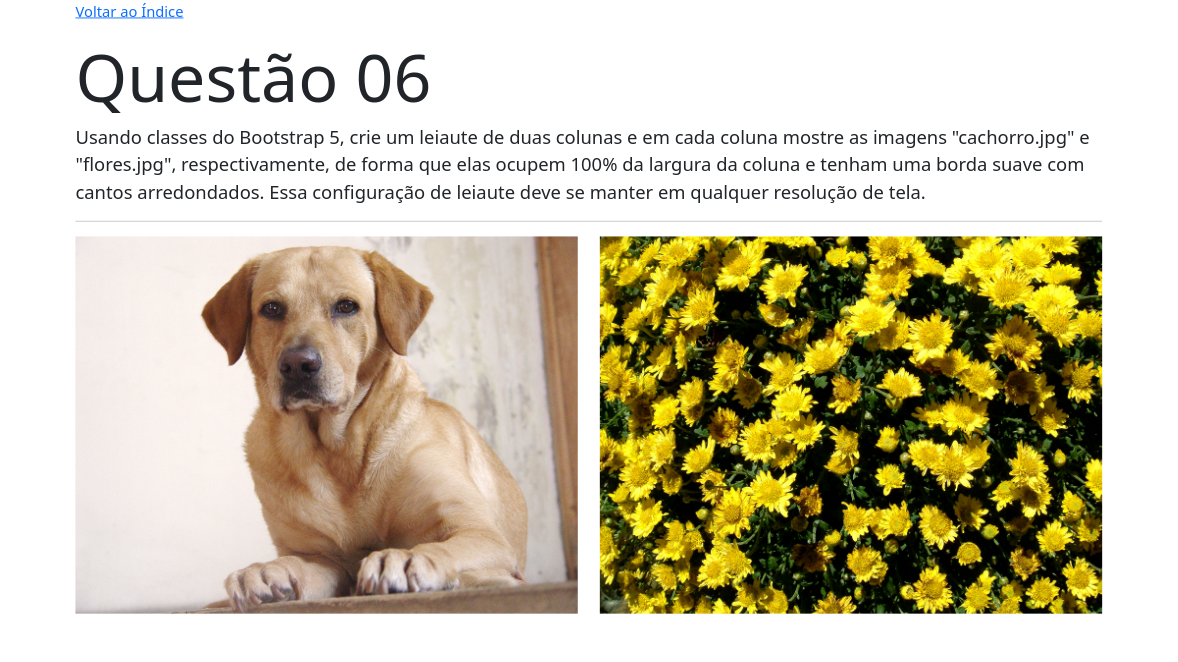
Repository: In-Game-full/Reprograme-se
Page: S-6-InicioBootstrap5/Atividade-pratica-da-semana-1-de-Bootstrap-5-In-Game-full/questao06.html
An editor plug-in stored every save of this project. The page is shown before and after the next save, followed by the edit.
The browser window is 1280 px wide. The pictures show the whole page, at 92% of full size.

Above is the page before, as saved 2023-08-28 21:42:38.

### S-6-InicioBootstrap5/Atividade-pratica-da-semana-1-de-Bootstrap-5-In-Game-full/questao06.html
<!DOCTYPE html>
<html lang="pt-br">

<head>
    <meta charset="UTF-8">
    <meta http-equiv="X-UA-Compatible" content="IE=edge">
    <meta name="viewport" content="width=device-width, initial-scale=1.0">
    <link href="https://cdn.jsdelivr.net/npm/bootstrap@5.2.2/dist/css/bootstrap.min.css" rel="stylesheet">
    <script src="https://cdn.jsdelivr.net/npm/bootstrap@5.2.2/dist/js/bootstrap.bundle.min.js"></script>
    <link rel="stylesheet" href="estilos.css">
    <style>

    </style>
    <title>Questão 06</title>
</head>

<body>
    <div class="container">
        <p><a href="index.html">Voltar ao Índice</a></p>
        <h1 class="display-2">Questão 06</h1>
        <p class="lead">Usando classes do Bootstrap 5, crie um leiaute de duas colunas e em cada coluna mostre as imagens "cachorro.jpg" e "flores.jpg", respectivamente, de forma que elas ocupem 100% da largura da coluna e tenham uma borda suave com cantos arredondados. Essa configuração de leiaute deve se manter em qualquer resolução de tela.</p>
        <hr>
        <!-- Valor: 1.5 pontos -->
        <!-- FAZER AQUI -->

        <div class="row">
            <div class=" col-md-6">
                <img class="img-fluid img-rounded" src="./cachorro.jpg" alt="">
            </div>
            <div class=" col-md-6 ">
                <img class="img-fluid img-rounded" src="./flores.jpg" alt="">
            </div>
        </div>
    </div>
</body>

</html>

### S-6-InicioBootstrap5/Atividade-pratica-da-semana-1-de-Bootstrap-5-In-Game-full/estilos.css
div {
    height: 120px;

}

After the next save:
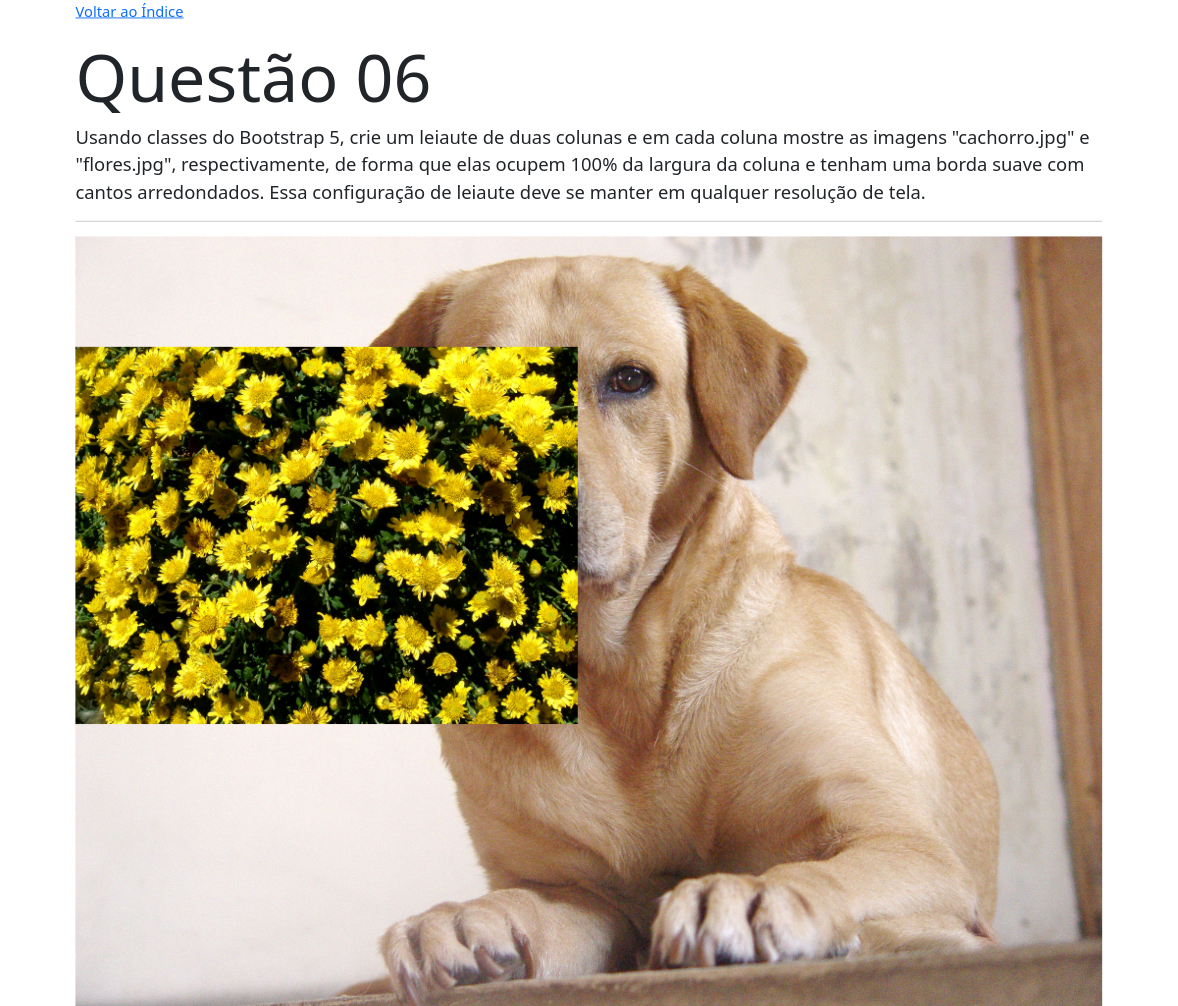
Saved 15 s later.
--- a/S-6-InicioBootstrap5/Atividade-pratica-da-semana-1-de-Bootstrap-5-In-Game-full/questao06.html
+++ b/S-6-InicioBootstrap5/Atividade-pratica-da-semana-1-de-Bootstrap-5-In-Game-full/questao06.html
@@ -24,7 +24,7 @@
         <!-- FAZER AQUI -->
 
         <div class="row">
-            <div class=" col-md-6">
+            <div class=" col-m-6">
                 <img class="img-fluid img-rounded" src="./cachorro.jpg" alt="">
             </div>
             <div class=" col-md-6 ">

After the save that followed:
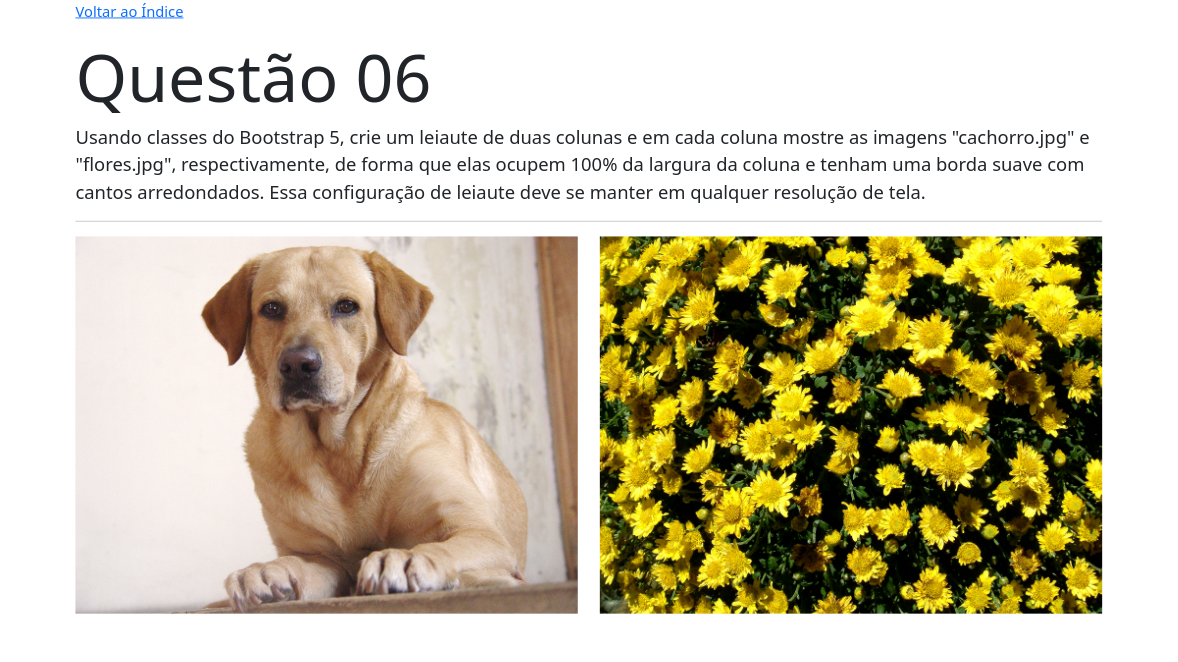
Saved 7 s later.
--- a/S-6-InicioBootstrap5/Atividade-pratica-da-semana-1-de-Bootstrap-5-In-Game-full/questao06.html
+++ b/S-6-InicioBootstrap5/Atividade-pratica-da-semana-1-de-Bootstrap-5-In-Game-full/questao06.html
@@ -24,7 +24,7 @@
         <!-- FAZER AQUI -->
 
         <div class="row">
-            <div class=" col-m-6">
+            <div class=" col-md-6">
                 <img class="img-fluid img-rounded" src="./cachorro.jpg" alt="">
             </div>
             <div class=" col-md-6 ">
